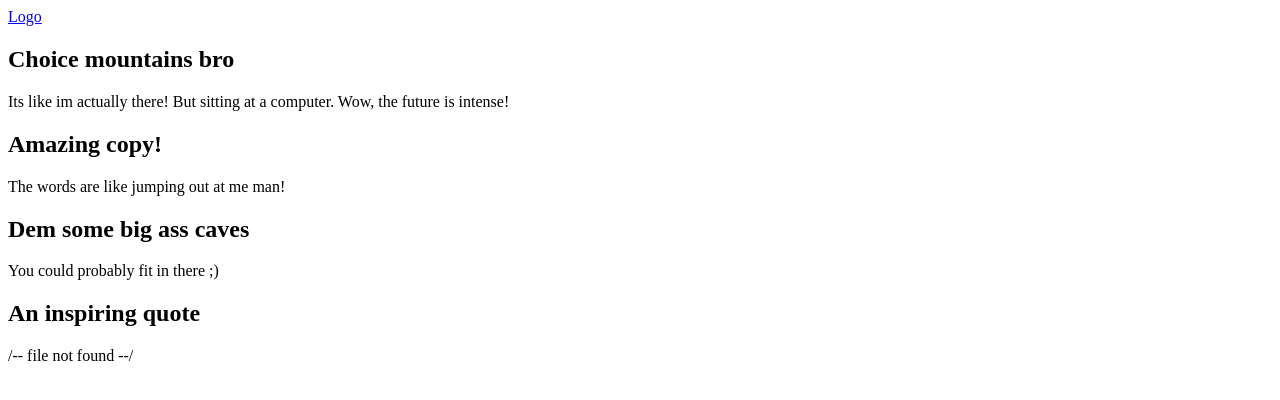
Repository: andrealepori/qrbike
Page: index.html
An editor plug-in stored every save of this project. The page is shown before and after the next save, followed by the edit.
The browser window is 1280 px wide. The pictures show the whole page.

Above is the page before, as saved 2020-09-16 11:47:17.

After the next save:
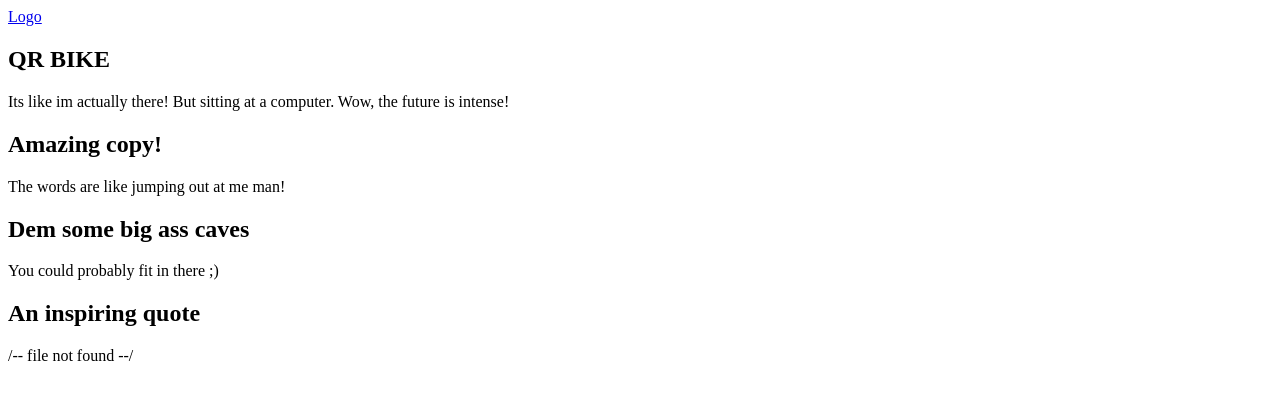
Saved 41 s later.
--- a/index.html
+++ b/index.html
@@ -19,7 +19,7 @@
   <section id="hero1" class="hero">
     <div class="inner">
       <div class="copy">
-      <h1>Choice mountains bro</h1>
+      <h1>QR BIKE</h1>
       <p>Its like im actually there! But sitting at a computer. Wow, the future is intense!</p>
       </div>
     </div>
